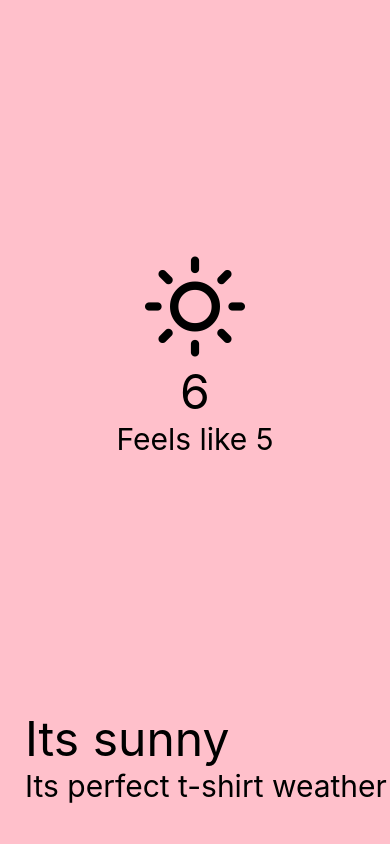
Repository: akinmiday/fcc
Screen: / (app in WeatherApp/)
The author's editor kept a copy of each file at every save. The screen is drawn from the files as they stood at one save, then again after the next save.
The app was drawn by React Native's web renderer in a window 390 px wide. The project was rebuilt for these pictures with package versions that can differ from the ones it lists, and the page was loaded fresh each time. Also part of the build but not shown: WeatherApp/src/components/ListItem.js, WeatherApp/src/components/screens/UpcomingWeather.js, WeatherApp/src/components/IconText.js, WeatherApp/src/components/screens/City.js.

Above is the screen before, as saved 2023-07-20 04:47:43.

### WeatherApp/App.js
import React from "react"
import { View, StyleSheet } from "react-native"
import CurrentWeather from "./src/components/screens/CurrentWeather"
import UpcomingWeather from "./src/components/screens/UpcomingWeather"
import City from "./src/components/screens/City"

const App = () => {
  return (
    <View style={styles.container}>
      <CurrentWeather />
    </View>
  )
}

const styles = StyleSheet.create({
  container: {
    flex: 1
  }
})

export default App

### WeatherApp/src/components/screens/CurrentWeather.js
import React from "react"
import { View, Text, SafeAreaView, StyleSheet } from "react-native"
import { Feather } from "@expo/vector-icons"
import RowText from "../RowText"

const CurrentWeather = () => {
  const {
    wrapper,
    container,
    highLowWrapper,
    highLow,
    feels,
    temp,
    bodyWrapper,
    description,
    message
  } = styles
  return (
    <SafeAreaView style={wrapper}>
      <View style={container}>
        <Feather name="sun" size={100} color="#000" />
        <Text style={temp}>6</Text>
        <Text style={feels}>Feels like 5</Text>

        <RowText
          messageOne={"High: 8"}
          messageTwo={"message: 6"}
          containerStyles={highLowWrapper}
          messageOneStyles={highLow}
          messageTwoStyles={highLow}
        />
      </View>

      <RowText
        messageOne={"Its Sunny"}
        messageTwo={"Its perfect T-shirt Weather"}
        containerStyles={bodyWrapper}
        messageOneStyles={description}
        messageTwoStyles={message}
      />
      <View style={bodyWrapper}>
        <Text style={description}>Its sunny</Text>
        <Text style={message}>Its perfect t-shirt weather</Text>
      </View>
    </SafeAreaView>
  )
}

const styles = StyleSheet.create({
  wrapper: {
    flex: 1,
    backgroundColor: "pink"
  },
  container: {
    flex: 1,
    alignItems: "center",
    justifyContent: "center"
  },
  temp: {
    color: "#000",
    fontSize: 48
  },
  feels: {
    fontSize: 30,
    color: "#000"
  },
  highLow: {
    color: "#000",
    fontSize: 20
  },
  highLowWrapper: {
    flexDirection: "row"
  },
  bodyWrapper: {
    justifyContent: "flex-end",
    alignItems: "flex-start",
    paddingLeft: 25,
    marginBottom: 40
  },
  description: {
    fontSize: 48
  },
  message: {
    fontSize: 30
  }
})

export default CurrentWeather

### WeatherApp/src/components/RowText.js
import React from "react"
import { View, Text, StyleSheet } from "react-native"

const RowText = (props) => {
  const {
    messageOne,
    messageTwo,
    containerStyles,
    messageOneStyles,
    messageTwoStyles
  } = styles
  return (
    <View style={containerStyles}>
      <Text style={messageOneStyles}>{messageOne}</Text>
      <Text style={messageTwoStyles}>{messageTwo}</Text>
    </View>
  )
}

const styles = StyleSheet.create({})
export default RowText

After the next save:
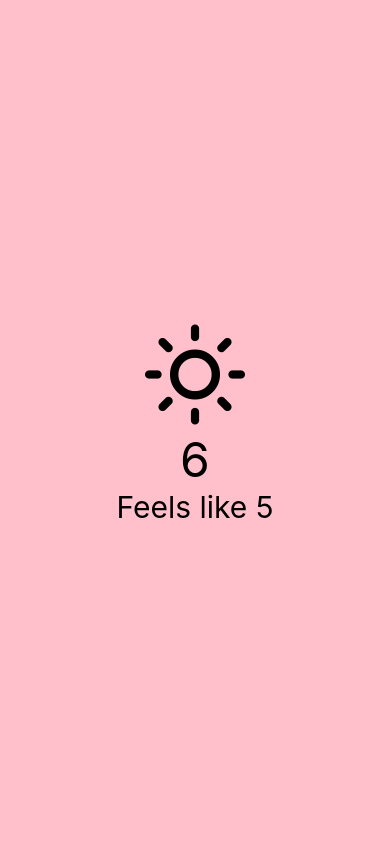
Saved 7 s later.
--- a/WeatherApp/src/components/screens/CurrentWeather.js
+++ b/WeatherApp/src/components/screens/CurrentWeather.js
@@ -38,10 +38,10 @@ const CurrentWeather = () => {
         messageOneStyles={description}
         messageTwoStyles={message}
       />
-      <View style={bodyWrapper}>
+      {/* <View style={bodyWrapper}>
         <Text style={description}>Its sunny</Text>
         <Text style={message}>Its perfect t-shirt weather</Text>
-      </View>
+      </View> */}
     </SafeAreaView>
   )
 }
